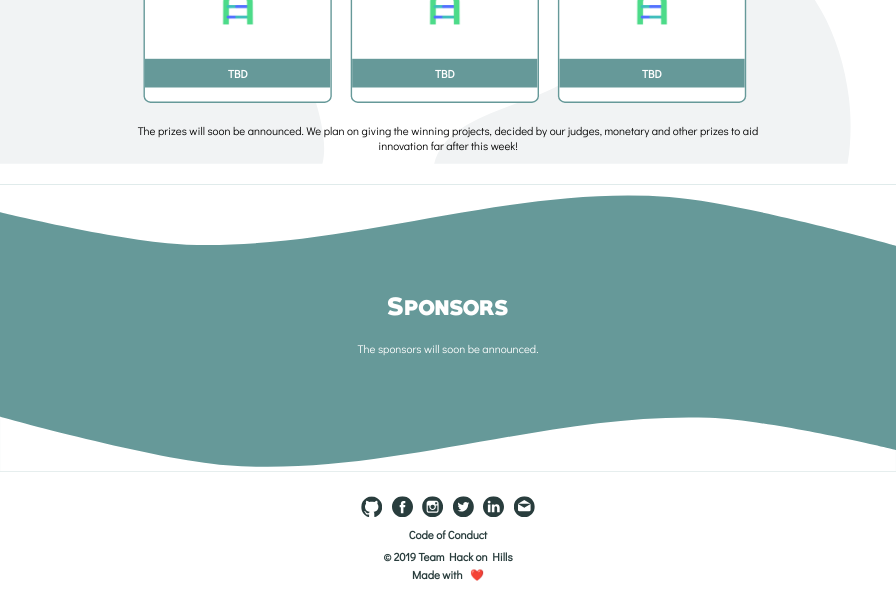
Repository: yashg4509/helyxhacksIII
Page: index.html
An editor plug-in stored every save of this project. The page is shown before and after the next save, followed by the edit.
The browser window is 1280 px wide. The pictures show the part of the page from y = 4580 to 6500 px (the page is 5441 px tall before and 6625 px after), at 70% of full size.

Above is the page before, as saved 2021-02-17 23:29:09.

After the next save:
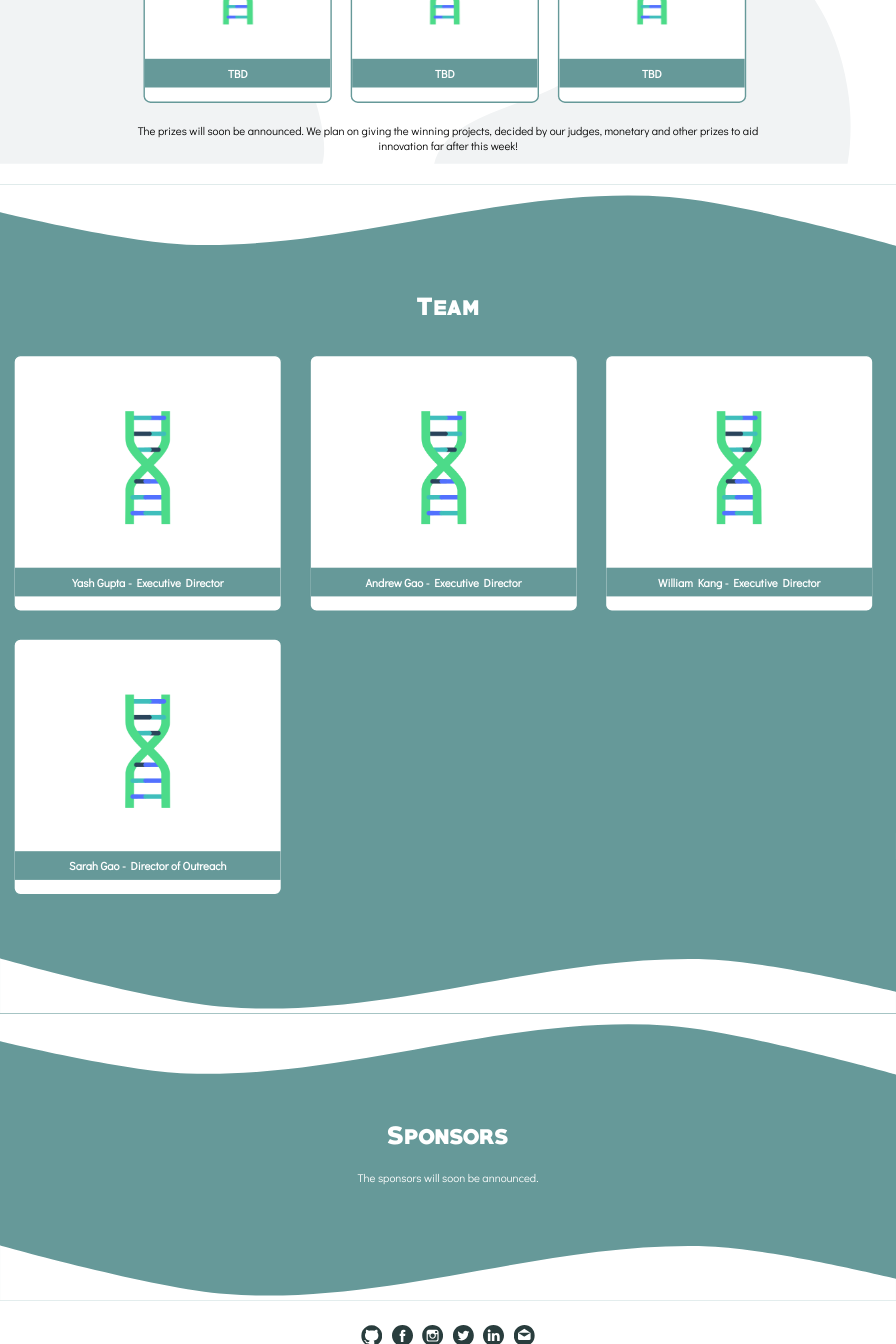
Saved 4 min 29 s later.
--- a/index.html
+++ b/index.html
@@ -446,8 +446,45 @@
 							Top 3 Teams - Access to their premium products
 						</div>
 					</div> -->
-
-
+				</div>
+			</div>
+		</div>
+		<div class="frame frame7">
+			<img src="./images/back-4.svg" class="img-back">
+			<img src="./images/back-5.svg" class="img-back-bottom">
+			<div class="frame7-content">
+				<div class="name">
+					Team
+				</div>
+				<div class="prizes-cont">
+					<div class="prize">
+						<div class="prize-img">
+							<img src="./images/new_logo.png">
+						</div>
+						<div class="prize-text">
+							Yash Gupta - Executive Director </div>
+					</div>
+					<div class="prize">
+						<div class="prize-img">
+							<img src="./images/new_logo.png">
+						</div>
+						<div class="prize-text">
+							Andrew Gao - Executive Director </div>
+					</div>
+					<div class="prize">
+						<div class="prize-img">
+							<img src="./images/new_logo.png">
+						</div>
+						<div class="prize-text">
+							William Kang - Executive Director </div>
+					</div>
+					<div class="prize">
+						<div class="prize-img">
+							<img src="./images/new_logo.png">
+						</div>
+						<div class="prize-text">
+							Sarah Gao - Director of Outreach </div>
+					</div>
 				</div>
 			</div>
 		</div>
